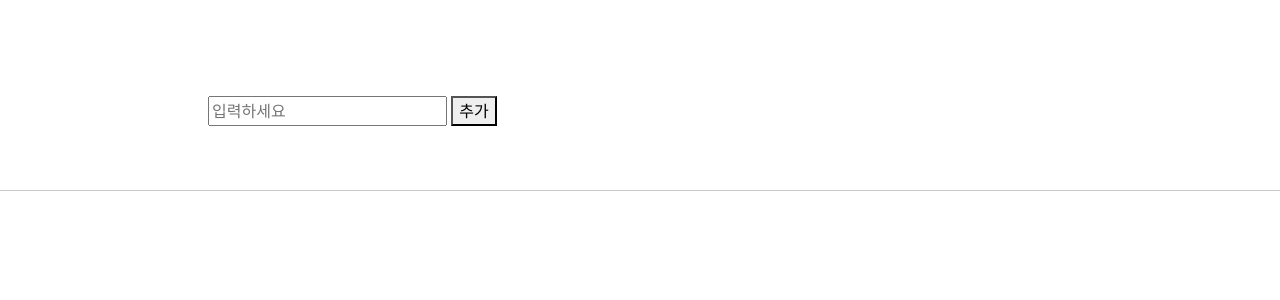
Repository: Hwater00/JSP-practice
Page: javaWorkspace/jwbook/src/main/webapp/ch03/todoapp.html
The author's editor kept a copy of each file at every save. The page is drawn from the files as they stood at one save, then again after the next save.
The browser window is 1280 px wide. The pictures show the whole page.

Above is the page before, as saved 2023-07-27 00:38:52.

After the next save:
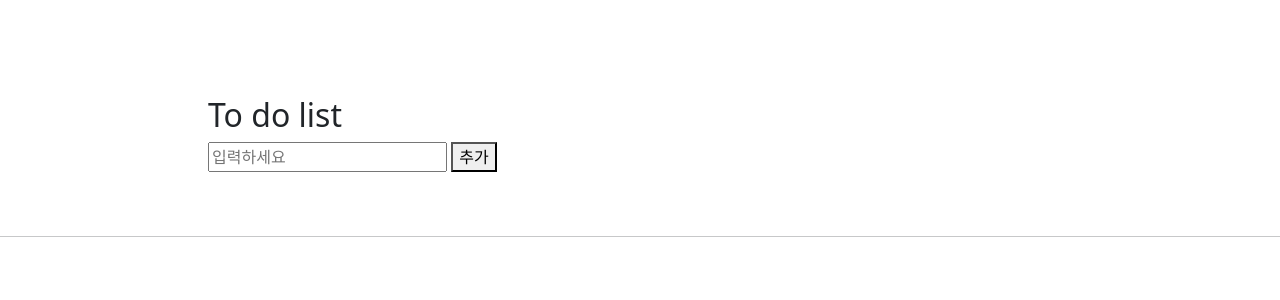
Saved 27 s later.
--- a/javaWorkspace/jwbook/src/main/webapp/ch03/todoapp.html
+++ b/javaWorkspace/jwbook/src/main/webapp/ch03/todoapp.html
@@ -7,6 +7,7 @@
 </head>
 <body>
 	<div class="container bg-waring show mx-auto mt-5 p-5 w-75">
+		<h2>To do list</h2>
 		<input id="item" type="text" placeholder="입력하세요">
 		<button type="button" onclick="addTime()">추가</button>
 	</div>
